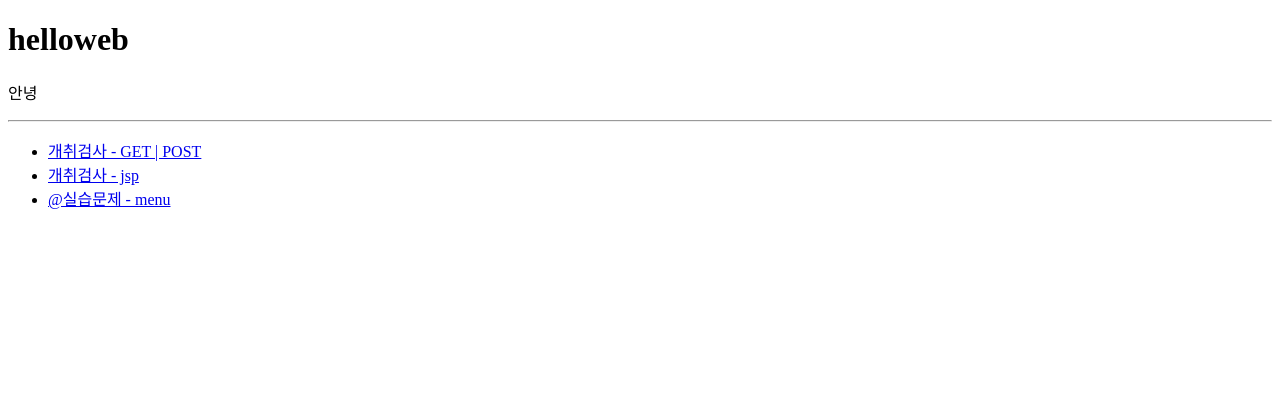
Repository: jsungl/WEBSERVER-WORKSPACE
Page: 01_helloweb/WebContent/index.html
These files come from the project's save history. The page is drawn as it stood at one moment and after the next save; the edit follows.
The browser window is 1280 px wide. The pictures show the whole page.

Above is the page before, as saved 2021-03-24 10:37:56.

### 01_helloweb/WebContent/index.html
<!DOCTYPE html>
<html>
<head>
<meta charset="UTF-8">
<title>helloweb</title>
</head>
<body>
	<h1>helloweb</h1>
	<p>안녕</p>
	<!--  Emmet은 tab으로 해야한다 -->
	<hr />
	<ul>
		<!-- browser(client) 절대주소 작성시, 반드시 context path부터 작성할것. localhost:9090가 자동으로 작성되고 그 이후를 찾게된다-->
		<!-- context path이후의 경로를 WebContent폴더에서 찾게된다 -->
		<li><a href="/web/servlet/testPerson1.html">개취검사 - GET | POST</a></li>
		<li><a href="/web/servlet/testPerson2.html">개취검사 - jsp</a></li>
		<li><a href="/web/menu/menu.jsp">@실습문제 - menu</a></li>
	</ul>
</body>
</html>

After the next save:
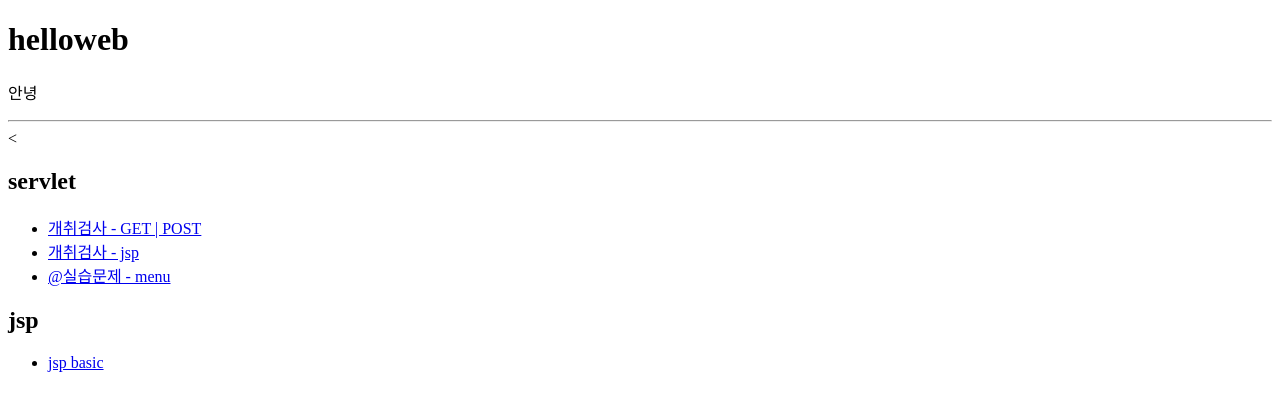
Saved 42 min 16 s later.
--- a/01_helloweb/WebContent/index.html
+++ b/01_helloweb/WebContent/index.html
@@ -9,6 +9,7 @@
 	<p>안녕</p>
 	<!--  Emmet은 tab으로 해야한다 -->
 	<hr />
+	<<h2>servlet</h2>
 	<ul>
 		<!-- browser(client) 절대주소 작성시, 반드시 context path부터 작성할것. localhost:9090가 자동으로 작성되고 그 이후를 찾게된다-->
 		<!-- context path이후의 경로를 WebContent폴더에서 찾게된다 -->
@@ -16,5 +17,10 @@
 		<li><a href="/web/servlet/testPerson2.html">개취검사 - jsp</a></li>
 		<li><a href="/web/menu/menu.jsp">@실습문제 - menu</a></li>
 	</ul>
+
+	<h2>jsp</h2>
+	<ul>
+		<li><a href="/web/jsp/basic.jsp">jsp basic</a></li>
+	</ul>
 </body>
 </html>
